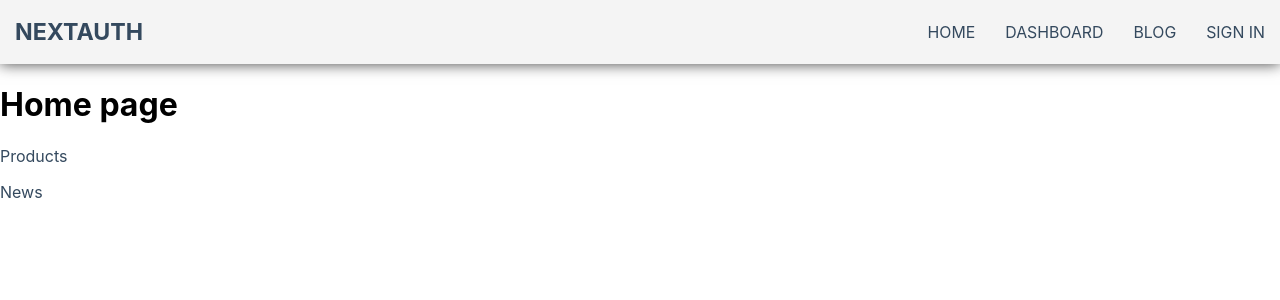
Repository: adeel146/nextjs
Page: /
An editor plug-in stored every save of this project. The page is shown before and after the next save, followed by the edit.
The browser window is 1280 px wide. The pictures show the whole page.
The page's requests for data from a server got no answer. The project was rebuilt for these pictures with package versions that can differ from the ones it lists, and the page was loaded fresh each time. The framework's server and built-in components were replaced by stand-ins that run in the browser. No one was signed in, and anything a server would have sent is missing. Also part of the build but not shown: next.config.js.

Above is the page before, as saved 2022-02-10 17:59:17.

### pages/_app.js
import Navbar from "../components/Navbar";
import "../styles/globals.css";
import { Provider } from "next-auth/client"
import "../components/Navbar.css";

function MyApp({ Component, pageProps}) {
  return (
    <Provider session={pageProps.session}>
      <Navbar />
      <Component {...pageProps} />
    </Provider>
  );
}

export default MyApp;

### pages/index.js
import Link from "next/link";

function Home() {
  return (
    <>
      <h1>Home page</h1>
      <Link href="/products">
        <a>Products</a>
      </Link>
      <p>
      <Link href="/news">
        <a>News</a>
      </Link>
      </p>
    </>
  );
}

export default Home;

### components/Navbar.js
import Link from "next/link";
import { signIn, signOut, useSession } from "next-auth/client";

function Navbar() {
  const [session, Loading] = useSession();
  return (
    <nav className="header">
      <h1 className="logo">
        <a href="#">NextAuth</a>
      </h1>
      <ul className={`main-nav `}>
        <li>
          <Link href="/">
            <a>Home</a>
          </Link>
        </li>
        <li>
          <Link href="/dashboard">
            <a>Dashboard</a>
          </Link>
        </li>
        <li>
          <Link href="/blog">
            <a>Blog</a>
          </Link>
        </li>

        {!session && (
          <li>
            <Link href="/api/auth/signin">
              <a
                onClick={(e) => {
                  e.preventDefault();
                  signIn();
                }}
              >
                Sign In
              </a>
            </Link>
          </li>
        )}
        {session && (
          <li>
            <Link href="/api/auth/signout">
              <a
                onClick={(e) => {
                  e.preventDefault();
                  signOut();
                }}
              >
                Sign Out
              </a>
            </Link>
          </li>
        )}
      </ul>
    </nav>
  );
}

export default Navbar;

### components/Navbar.css
ul {
    margin: 0;
    padding: 0;
    list-style: none;
  }

  h2,
  h3,
  a {
    color: #34495e;
  }

  a {
    text-decoration: none;
  }

  .logo {
    margin: 0;
    font-size: 1.45em;
  }

  .main-nav {
    display: flex;
    margin-top: 5px;
  }

  .logo a,
  .main-nav a {
    padding: 10px 15px;
    text-transform: uppercase;
    text-align: center;
    display: block;
  }

  .main-nav a {
    color: #34495e;
    font-size: 0.99em;
  }

  .main-nav a:hover {
    color: #718daa;
  }

  .header {
    display: flex;
    justify-content: space-between;
    padding-top: 0.5em;
    padding-bottom: 0.5em;
    background-color: #f4f4f4;
    -webkit-box-shadow: 0px 0px 14px 0px rgba(0, 0, 0, 0.75);
    -moz-box-shadow: 0px 0px 14px 0px rgba(0, 0, 0, 0.75);
    box-shadow: 0px 0px 14px 0px rgba(0, 0, 0, 0.75);
  }

  .loading {
    opacity: 0;
    transition: all 0.2s ease-in;
  }

  .loaded {
    opacity: 1;
    transition: all 0.2s ease-in;
  }

Loaded but not shown: styles/globals.css (common file)

After the next save:
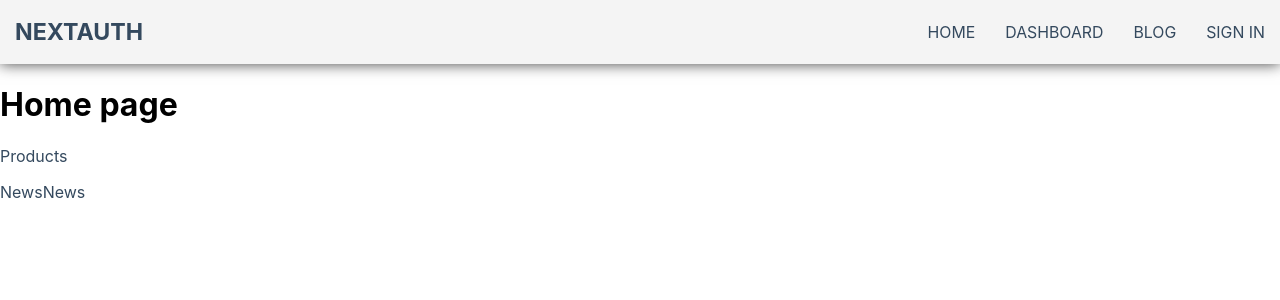
Saved 17 min 24 s later.
--- a/pages/index.js
+++ b/pages/index.js
@@ -11,6 +11,9 @@ function Home() {
       <Link href="/news">
         <a>News</a>
       </Link>
+      <Link href="/news">
+        <a>News</a>
+      </Link>
       </p>
     </>
   );
